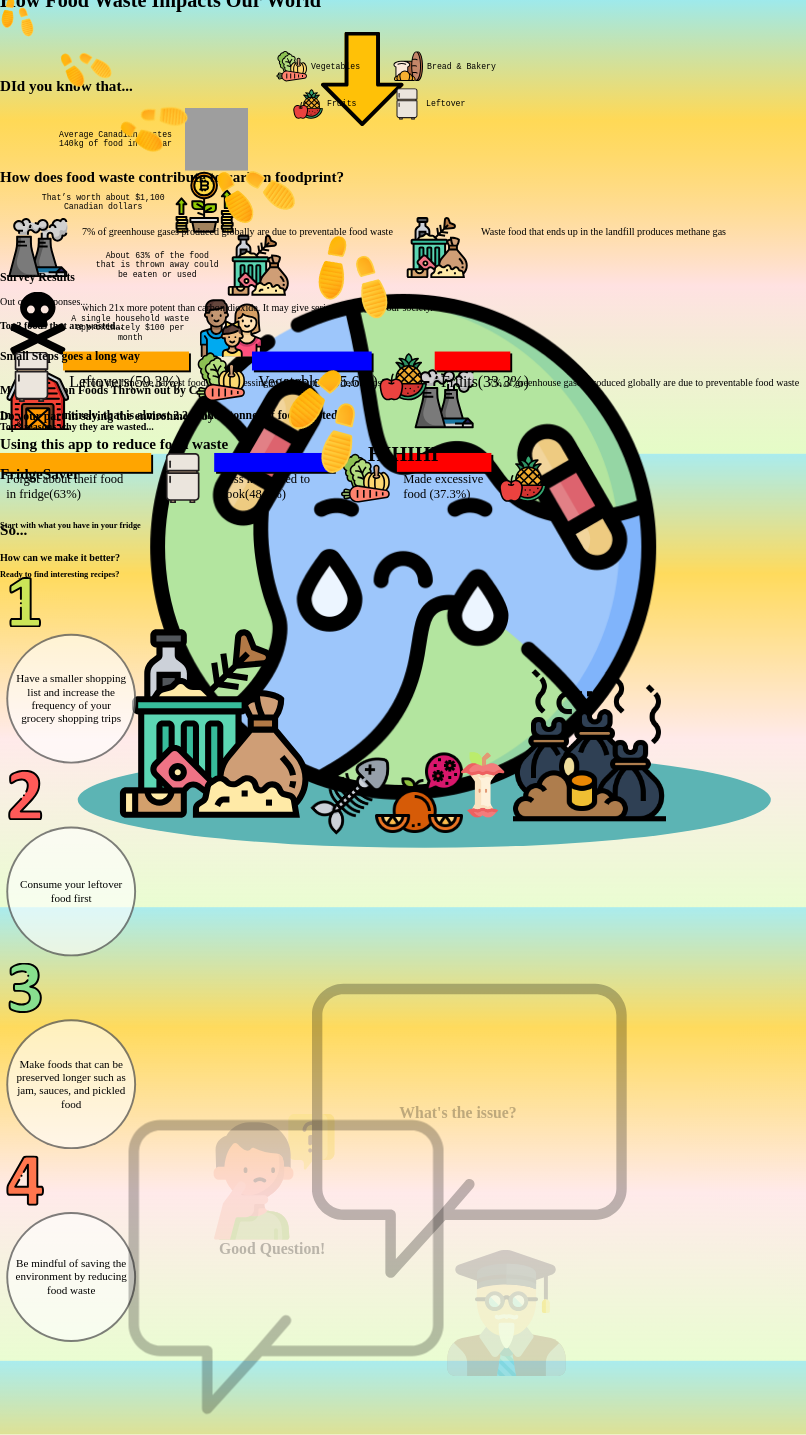
Repository: iorid3/Midterm
Page: index.html
An editor plug-in stored every save of this project. The page is shown before and after the next save, followed by the edit.
The browser window is 1280 px wide. The pictures show the whole page, at 63% of full size.
Pictures or frames that could not be fetched are drawn as grey boxes.

Above is the page before, as saved 2021-03-09 11:09:42.

### index.html
<!DOCTYPE html>
<html>
    <head>
       <title>Mid term</title>
        <link href= "./index.css"  rel ="stylesheet" type = "text/css" >
    </head>
<body>
   <div id = "main">

        <div class = "section1">
            <div><h1> How Food Waste Impacts Our World</h1></div>
            <div><img src ="./Images/earth crying.svg"/></div>
            <div class = "comp1"></div>
            <div class = "comp2"></div>
            <div class = "comp5"></div>
        </div>

        <div class = "section2">
            <div><h2>DId you know that...</h2></div>
            <div class ="comp3_1"></div>
            <div class ="comp3_2"></div>
            <div class ="comp3_3"></div>
            <div class ="comp3_4"></div>
            <div class = "comp1"></div>

            <div class = "flag"><img src = ""></div>
            <div><h3>Most Common Foods Thrown out by Canadians</h3></div>
               <div class = "container1">
                    <div class ="comp4_1"></div>
                    <div class ="comp4_2"></div>
                    <div class ="comp4_3"></div>
                    <div class ="comp4_4"></div>
                </div>

            <div class = "comp5"></div>
            <div><h3>In Canada, entirely, that is almost 2.2 million tonnes of food wasted</h3></div>
            <div><img src = ""></div>
        </div>

        <div class = "section3">
            <div><h2>How does food waste contribute to carbon foodprint?</h2></div>
            <div><img src = ""></div>

            <div class = "comp6"></div>
            <div class = "comp6"></div>
            <div class = "comp6"></div>
            <div class = "comp6"></div>

                <div class = "container2">
                    <div><img src = ""></div>
                    <div><img src = ""></div>
                    <div><img src = ""></div>
                </div>

            <div class = "comp6"></div>


        </div>


        <div class = "section4">
            <div class = "container3">
               <div><img src = ""></div>
               <div><h3>Survey Results</h3></div>
               <div>Out of 27 responses...</div>
            </div>


            <div class ="comp2"></div>
            <div><h4>Top3 foods that are wasted...</h4></div>
            <div class = "container4">
                <div class = "comp7"></div>
                <div class = "comp7"></div>
                <div class = "comp7"></div>
            </div>

            <div><h4>Top3 reasons why they are wasted...</h4></div>
            <div class = "container5">
                <div class = "comp8"></div>
                <div class = "comp8"></div>
                <div class = "comp8"></div>
            </div>



            <div><h2>So...</h2></div>

            <div><h4>How can we make it better?</h4></div>
            <div class = "container6">
                <div class ="comp9"></div>
                <div class ="comp9"></div>
                <div class ="comp9"></div>
                <div class ="comp9"></div>
            </div>
        </div>

        <div class = "section5">

            <div><h3>Small Steps goes a long way</h3></div>
            <div class = "comp10"></div>
            <div class = "comp10"></div>
            <div class = "comp10"></div>
            <div class = "comp10"></div>
            <div class = "comp10"></div>
            <div class = "comp10"></div>

            <div><img src = ""></div>
            <div><img src = ""></div>

            <div class = "comp5"></div>
            <div><h3>Do your part in saving the environment by ...</h3></div>
            <div><h2>Using this app to reduce food waste</h2></div>
            <div><h2>FridgeSaver</h2></div>
            <div><img src =""></div>
            <div class = "comp5"></div>
            <div><h5>Start with what you have in your fridge</h5></div>

            <div><img src =""></div>
            <div><h5>Ready to find interesting recipes?</h5></div>



        </div>

    <h1>HIHIHI</h1>



       <!-- <div class = "col left">
           <div class = "row top">
               <div class = "shake"></div>
           </div>
           <div class = "row mid">
               <div class = "rank1"></div>
               <div class = "rank2"></div>
           </div> -->
    </div>

<script src = ./Comps/comp1/index.js></script>
<script src = ./Comps/comp2/index.js></script>
<script src = ./Comps/comp3/index.js></script>
<script src = ./Comps/comp4/index.js></script>
<script src = ./Comps/comp5/index.js></script>
<script src = ./Comps/comp6/index.js></script>
<script src = ./Comps/comp7/index.js></script>
<script src = ./Comps/comp8/index.js></script>
<script src = ./Comps/comp9/index.js></script>
<script src = ./Comps/comp10/index.js></script>

<script src = ./index.js></script>
</body>
</html>

### index.css
html,body{
    margin:0;
    background: linear-gradient(180deg, rgba(156, 233, 235, 0.86) 0%, rgba(255, 217, 86, 0.96) 26.56%, rgba(255, 220, 220, 0.6) 63.02%, rgba(227, 252, 195, 0.76) 100%);
    mix-blend-mode: normal;
}
#main{
    width:100vw;
    height:100vh;
    display:flex;
    flex-direction: column;
    align-items: center;
    justify-content: center;
}

.section1{
    width: 100%;
    height:20%;
    flex-grow:1;
}

.section2{
    width: 100%;
    height:20%;
    flex-grow:1;
}

.section3{
    width: 100%;
    height:20%;
    flex-grow:1;
}

.section4{
    width: 100%;
    height:20%;
    flex-grow:1;
}


.section5{
    width: 100%;
    height:20%;
    flex-grow:1;
}

### Comps/comp1/index.js
function Comp1UI(url="Images/confusion.png", size ="10px", font= "Poppins", text="text"){
    return `<div style='
            width: 100vw;
            height: 30vh;
            display: inline-flex;
            justify-content: center;
            align-items: center;
            transition: opacity 1s;
            opacity: 0.25;
        '
        onclick='Comp1UI.HandleClick(this)'
        >

        <img style='
            display: inline-flex;
            width: 200px;
            position: relative;
            left: 140px;
            top: 60px;
        'src="${url}" />

        <div>
            <img style='
                display: inline-flex;
                position: relative;
                width: 500px;
                left: 100px;
                bottom: 10px;
            'src="Images/chat.svg" />

            <div style='
                display: inline-flex;
                position: relative;
                bottom: 280px;
                right: 265px;
                font-size: ${size};
                font-weight: bold;
                font-family: ${font};
            '> ${text}</div>
        </div>
    </div>`
}

Comp1UI.HandleClick = (el) => {
    el.style.opacity = 1;
}

### Comps/comp2/index.js
function Comp2UI(url="Images/confusion.png", size ="10px", font= "Poppins", text="text"){
    return `<div style='
        width: 100vw;
        height: 30vh;
        display: inline-flex;
        justify-content: center;
        align-items: center;
        transition: opacity 1s;
        opacity: 0.25;
    '
    onclick='Comp1UI.HandleClick(this)'
    >

        <img style='
            display: inline-flex;
            width: 200px;
            position: relative;
            left: 500px;
            top:60px;
        ' src="${url}"/>

        <div>
            <img style='
                display: inline-flex;
                position: relative;
                width: 500px;
                right: 200px;
                bottom: 10px;
                transform: rotateY(180deg)
            ' src="Images/chat2.svg" />

            <div style='
                display: inline-flex;
                position: relative;
                bottom: 280px;
                right: 560px;
                font-size: ${size};
                font-weight: bold;
                font-family: ${font};
            ' >${text}</div>
        </div>
    </div>`
}

Comp2UI.HandleClick = (el) => {
    el.style.opacity = 1;
}

### Comps/comp3/index.js
function Comp3UI(Text='Average Canadian wastes 140kg of food in a year', url='https://placekitten.com/400/400') {
    return `
        <div style='
            display: inline-flex;
            align-items: center;
            justify-content: center;

            transition-property: transform;
            transition-duration: 1s;
            transition-timing-function: ease-in-out;
            transition-delay: 1s;

        '>
            <div style='
                flex-basis: 200px;
                text-align: center;
                padding-right: 10px;
                font-family: monospace;


            '
            >${Text}</div>

            <div style='
                width: 100px;
                height: 100px;
            '
            // onclick='Comp3UI.HandleClick(this)'
            >
                <img  style='
                    width: 100%;
                    height: 100%;
                    object-fit: cover;
                '
                src='${url}' />
        </div>
    `
}

// Comp3UI.HandleClick = (el) => {
//     el.style.top = "110%";
// }


// export const Comp3 = Comp3UI();

### Comps/comp4/index.js
function Comp4UI(url='https://placekitten.com/300/300',text='Bread & Bakery',x='0',y='0') {
    return `
        <div style='
            display: flex;
            flex-direction: row;
            align-item: center;
            justify-content: center;
            width: 250px;
            height: 50px;
            margin: 10px;
            position: absolute;
            top: ${x}px;
            left: ${y}px;

            animation-name: bouncing;
            animation-duration: 1.5s;
            animation-direction: alternate;
            animation-iteration-count: infinite;
            animation-delay: 2s;



        '
        >
            <div style='
                width: 50px;
                height: 50px;
            '>
                <img style='
                    width: 100%;
                    height: 100%;
                    object-fit: cover;
                '
                src='${url}' />
            </div>
            <div style='
            font-family: monospace;
            text-align: center;
            padding-top: 18px;
            padding-left: 5px;
            '
            >${text}</div>
        </div>
    `
}




// export const Comp4 = Comp4UI();

### Comps/comp5/index.js
function Comp5UI(x='0', y='0', url='https://placekitten.com/300/300') {
    return `
        <div style='
            width: 150px;
            height: 150px;
            position: absolute;
            top: ${x}px;
            left: ${y}px;

        '
        >
            <img style='
                width: 100%;
                height: 100%;
                object-fit: cover;

                animation-name: bounce;
                animation-duration: 1s;
                animation-direction: alternate;
                animation-iteration-count: infinite;

            '
            src='${url}' />


        </div>

    `
}

// export const Comp5 = Comp5UI();

### Comps/comp6/index.js
function Carboncomp(text =" 7% of greenhouse gases produced globally are due to preventable food waste", url= "images/factory.svg"){
    return `<div style = "
                          display:inline-flex;
                          ">
                         <div style = "display:flex;
                         padding:10px;">
                         <img style ="
                          width:100px;
                          height:100px;
                         " src  = "${url}"></div>
                         <div style ="
                         display:flex;
                         padding:10px;"><p>${text}</p></div>

            </div>`

}

### Comps/comp7/index.js
function Graphcomp(url ="images/vegetable.svg",text ="Leftovers(59.3%)",color ="pink",width ="200px" ){
    return `<div style = "
                          display:inline-flex;
                          align-items:flex-start;
                          justify-content:flex-start;
                          ">
                            <div style = "display:flex;
                            padding:10px;
                            width:80px;
                            height:80px;
                            ">
                            <img src  = "${url}"></div>
                            <div class = "graph"
                            style ="
                            width:${width};
                            height:30px;
                            margin-top:10px;
                            background-color:${color};
                            box-shadow: 3px 3px ;
                            transition:background-color,1s,box-shadow, 1s;"
                            onmouseover = "Graphcomp.HandleMouseover(this)">
                            <div style ="
                            display:flex;
                            padding:10px;
                            font-size:25px;"><p>${text}</p></div>
                            </div>



            </div>`


}

Graphcomp.HandleMouseover = (el)=>{
   el.style.boxShadow = "8px 8px";
//    el.style.width = "400px";
 }

### Comps/comp8/index.js
function Graphcomp2(url ="images/vegetable.svg",text ="Leftovers(59.3%)",color ="pink",width ="200px" ){
    return `<div style = "
                          display:inline-flex;
                          flex-direction:row;
                          justify-content:center;
                          ">
                            <div class = "graph"
                            style ="
                            display:flex;
                            width:${width};
                            height:30px;
                            margin-top:10px;
                            background-color:${color};
                            box-shadow: 3px 3px ;
                            transition:background-color,1s,box-shadow, 1s;"
                            onmouseover = "Graphcomp2.HandleMouseover(this)">
                            <div style ="
                            display:flex;
                            width:200px;
                            padding:10px;
                            font-size:20px;"><p>${text}</p></div>
                            </div>
                            <div style = "display:flex;
                            padding:10px;
                            width:80px;
                            height:80px;
                            ">
                            <img src  = "${url}"></div>




            </div>`


}

Graphcomp2.HandleMouseover = (el)=>{
//    el.style.backgroundColor  = "blue";
   el.style.boxShadow = "8px 8px";
//    el.style.width = "400px";
 }

### Comps/comp9/index.js
function Comp9UI(url="Images/1.svg", text="4 Ways to Make it Better") {
    return `
        <img style='
            width: 80px;
            height: 80px;
            transition: width 0.2s;
            transition-timing-function: ease-in-out;
            display: flex;
        justify-content: center;
        align-items: center;
        flex-wrap: wrap;
        '

        onmouseover='Comp9UI.HandleImageHover(this)'
        onmouseout='Comp9UI.HandleImageHoverOut(this)'

        src="${url}"/>

        <div style='
            width: 180px;
            height: 180px;
            margin: 10px;
            padding: 10px;
            background-color: rgba(255, 255, 255, 0.6);
            border: 3px solid rgba(0, 0, 0, 0.5);
            border-radius: 50%;
            display: flex;
            justify-content: center;
            align-items: center;
            font-size: 1.1em;
            line-height: 1.2em;
            text-align: center;
            transition: width 0.2s;
            transition-timing-function: ease-in-out;
        '
            onmouseover='Comp9UI.HandleHover(this)'
            onmouseout='Comp9UI.HandleHoverOut(this)'

        >${text}</div>

    `
}

Comp9UI.HandleImageHover = (el) => {
    el.style.width = "120px";
    el.style.height = "120px";
}

Comp9UI.HandleImageHoverOut = (el) => {
    el.style.width = "80px";
    el.style.height = "80px";
}

Comp9UI.HandleHover = (el) => {
    el.style.color = "#2E8B57";
    // el.style.width = "210px";
    // el.style.height = "210px";
    // el.style.fontSize = "1.4em";
}

Comp9UI.HandleHoverOut = (el) => {
    el.style.color = "#000000";
    // el.style.width = "180px";
    // el.style.height = "180px";
    // el.style.fontSize = "1.1em";
}
// export const comp9 = Comp9UI();

### Comps/comp10/index.js
function Comp10UI(w="55px", tdeg="120deg", top="0px", left="0px", anidelay="1s") {
    return `
    <img style='
        width: ${w};
        transform: rotate(${tdeg});
        position: absolute;
        top: ${top};
        left: ${left};

        animation-name: footsteps;
        animation-duration: 4s;
        animation-delay: ${anidelay};
        animation-iteration-count: infinite;

    'src="Images/footstep.png"/>

    `
}

// export const comp10 = Comp10UI();

### index.js
document.querySelector(".comp1").innerHTML += Comp1UI("./images/question.svg","25px", "Poppins", "What's the issue?");
document.querySelector(".comp2").innerHTML += Comp2UI("./images/professor.svg", "25px", "Poppins", "Good Question!");

//add claudia's componenets

document.querySelector(".comp3_1").innerHTML += Comp3UI('Average Canadian wastes 140kg of food in a year', 'Images/crowd.svg')
document.querySelector(".comp3_2").innerHTML += Comp3UI('That’s worth about $1,100 Canadian dollars', 'Images/plant.svg')
document.querySelector(".comp3_3").innerHTML += Comp3UI('About 63% of the food that is thrown away could be eaten or used', 'Images/garbage.svg')
document.querySelector(".comp3_4").innerHTML += Comp3UI('A single household waste approximately $100 per month', 'Images/family.svg')

document.querySelector(".comp4_1").innerHTML += Comp4UI('Images/vegetable.svg', 'Vegetables',70,370)
document.querySelector(".comp4_2").innerHTML += Comp4UI('Images/bread.svg', 'Bread & Bakery',70,570)
document.querySelector(".comp4_3").innerHTML += Comp4UI('Images/fruits.svg', 'Fruits',130,380)
document.querySelector(".comp4_4").innerHTML += Comp4UI('Images/fridge.svg', 'Leftover',130,545)

document.querySelector(".comp5").innerHTML += Comp5UI(50,500,'Images/down-arrow.svg')


document.querySelector(".comp9").innerHTML += Comp9UI("Images/1.svg", "Have a smaller shopping list and increase the frequency of your grocery shopping trips");
document.querySelector(".comp9").innerHTML += Comp9UI("Images/2.svg", "Consume your leftover food first");
document.querySelector(".comp9").innerHTML += Comp9UI("Images/3.svg", "Make foods that can be preserved longer such as jam, sauces, and pickled food");
document.querySelector(".comp9").innerHTML += Comp9UI("Images/4.svg", "Be mindful of saving the environment by reducing food waste");

document.querySelector(".comp10").innerHTML += Comp10UI("60px", "120deg", "0px", "0px", "1s");
document.querySelector(".comp10").innerHTML += Comp10UI("75px", "80deg", "70px", "100px", "1.5s");
document.querySelector(".comp10").innerHTML += Comp10UI("95px", "50deg", "150px", "200px", "2s");
document.querySelector(".comp10").innerHTML += Comp10UI("115px", "80deg", "250px", "350px", "2.5s");
document.querySelector(".comp10").innerHTML += Comp10UI("130px", "120deg", "380px", "500px", "3s");
document.querySelector(".comp10").innerHTML += Comp10UI("145px", "150deg", "600px", "450px", "3.5s");

document.querySelector(".comp6").innerHTML +=  Carboncomp();
document.querySelector(".comp6").innerHTML +=  Carboncomp(text = "Waste food that ends up in the landfill produces methane gas",url= "images/garbage.svg");
document.querySelector(".comp6").innerHTML +=  Carboncomp(text ="which 21x more potent than carbon dioxide. It may give serious damage to our society. ",url ="images/skull.svg" );
document.querySelector(".comp6").innerHTML +=  Carboncomp(text = "From the time we harvest foods, to processing,to distribution,to decomposition", url ="images/barn.svg");
document.querySelector(".comp6").innerHTML +=  Carboncomp();
document.querySelector(".comp7").innerHTML +=  Graphcomp("Images/fridge.svg",text ="Leftovers(59.3%)",color ="orange",width ="200px");
document.querySelector(".comp7").innerHTML +=  Graphcomp("Images/vegetable.svg",text ="Vegetables(55.6%)",color ="blue",width ="190px");
document.querySelector(".comp7").innerHTML +=  Graphcomp("Images/fruits.svg",text ="Fruits(33.3%)",color ="red",width ="120px");
document.querySelector(".comp8").innerHTML +=  Graphcomp2("Images/fridge.svg",text ="Forgot about theif food in fridge(63%)",color ="orange",width ="240px");
document.querySelector(".comp8").innerHTML +=  Graphcomp2("Images/vegetable.svg",text ="Less motivated to cook(48.1%)",color ="blue",width ="190px");
document.querySelector(".comp8").innerHTML +=  Graphcomp2("Images/fruits.svg",text ="Made excessive food (37.3%)",color ="red",width ="150px");

After the next save:
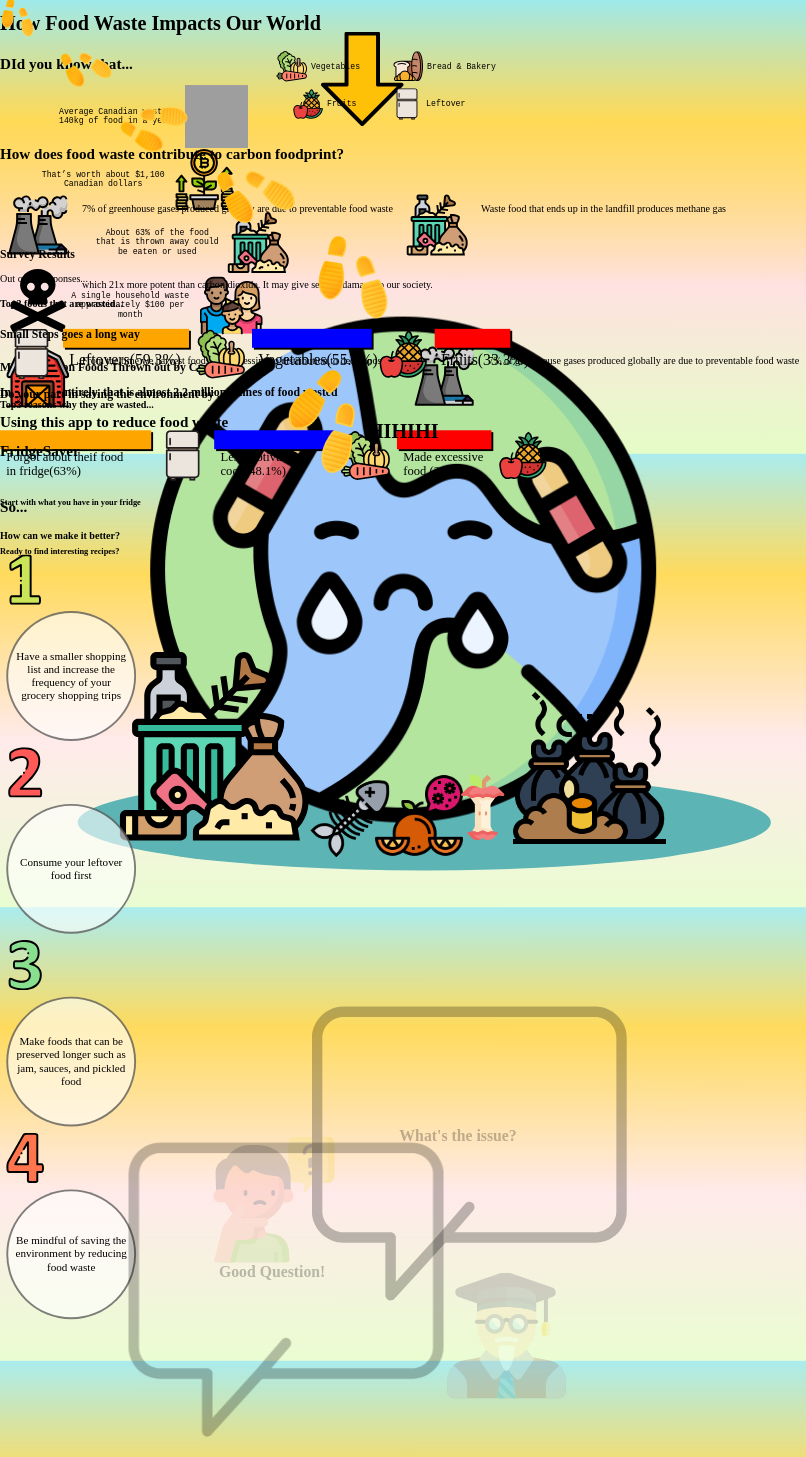
Saved 97 s later.
--- a/index.css
+++ b/index.css
@@ -14,7 +14,7 @@ html,body{
 
 .section1{
     width: 100%;
-    height:20%;
+    height:10%;
     flex-grow:1;
 }
 
